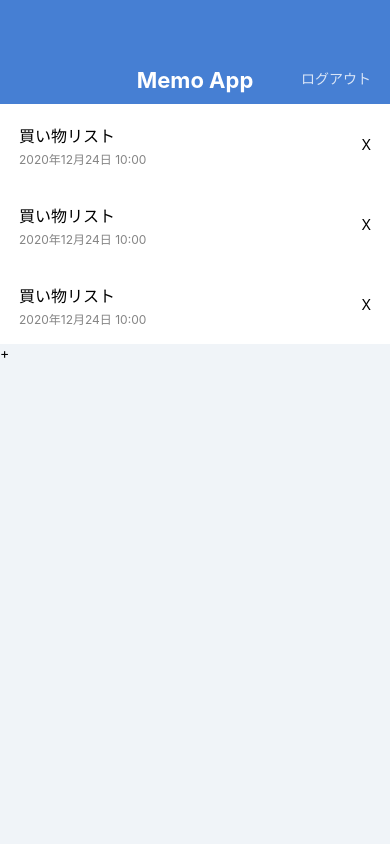
Repository: hirano-step/MemoApp
Screen: /
An editor plug-in stored every save of this project. The screen is shown before and after the next save, followed by the edit.
The app was drawn by React Native's web renderer in a window 390 px wide. The project was rebuilt for these pictures with package versions that can differ from the ones it lists, and the page was loaded fresh each time.

Above is the screen before, as saved 2023-01-12 11:23:35.

After the next save:
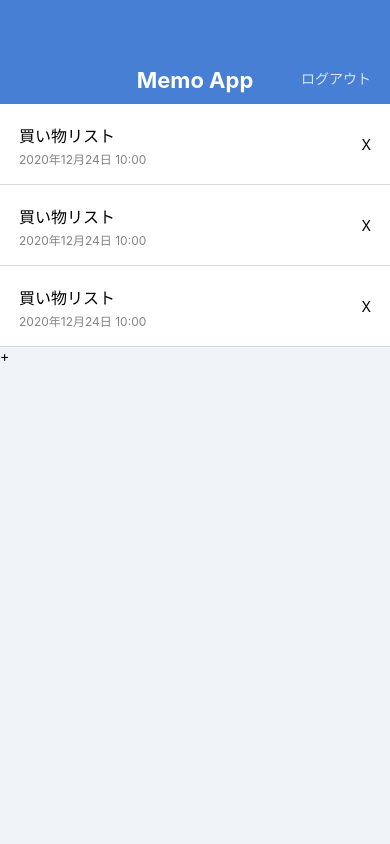
Saved 55 s later.
--- a/App.jsx
+++ b/App.jsx
@@ -84,6 +84,8 @@ const styles = StyleSheet.create({
     paddingVertical: 16,
     paddingHorizontal: 19,
     alignItems: 'center',
+    borderBottomWidth: 1,
+    borderBottomColor: 'rgba(0,0,0,0.15)',
   },
   memoListItemTitle: {
     fontSize: 16,
